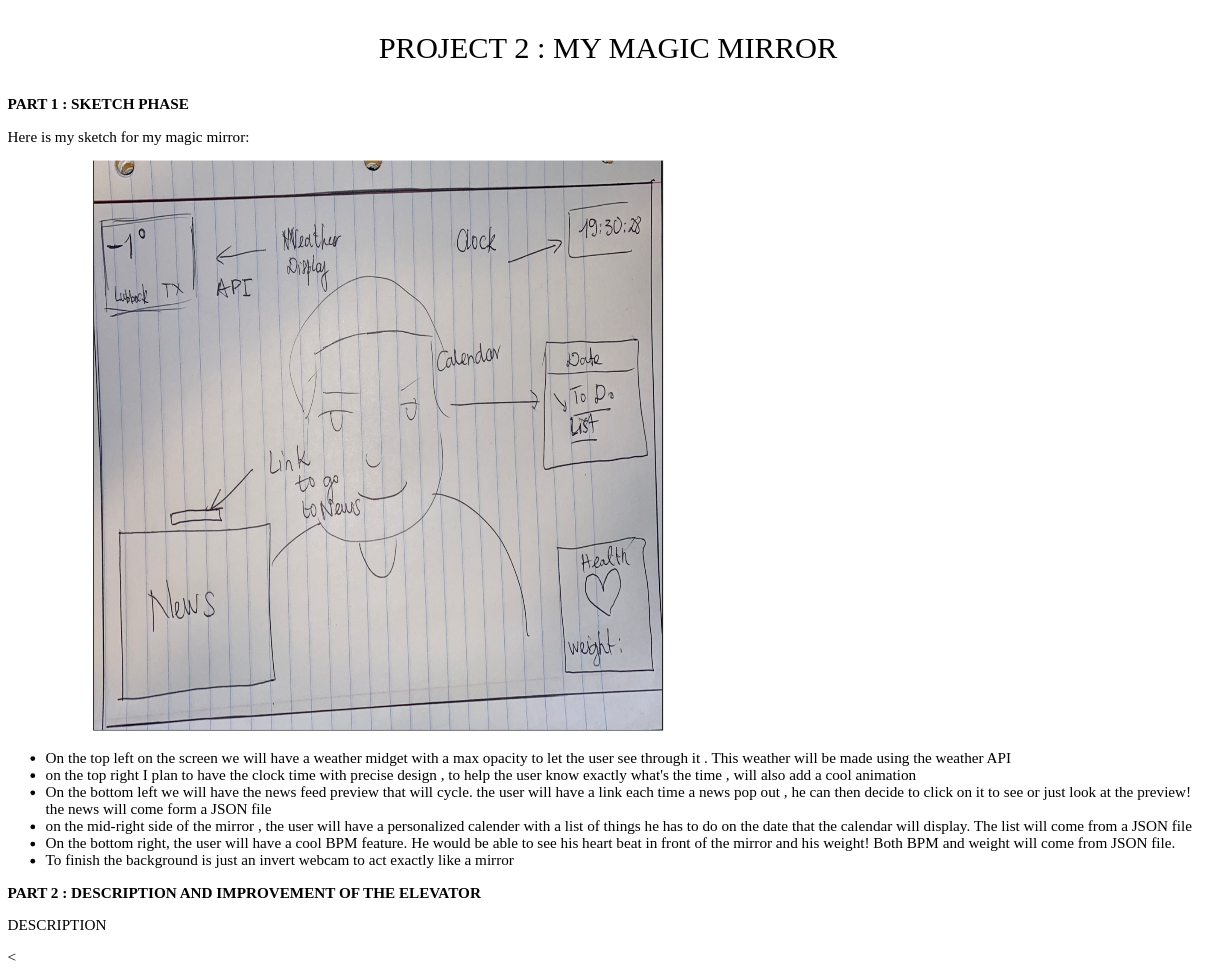
Repository: Chrisrk99/Chrisrk99.github-io
Page: index.html
The author's editor kept a copy of each file at every save. The page is drawn from the files as they stood at one save, then again after the next save.
The browser window is 1280 px wide. The pictures show the whole page, at 95% of full size.

Above is the page before, as saved 2022-11-15 20:57:32.

### index.html
<!DOCTYPE html>
<html>
<body>


  <p class="title" style="text-align: center; font-size:xx-large; "> PROJECT 2 : MY MAGIC MIRROR </p>
  <p> <b>PART 1 : SKETCH PHASE </b>  </p>


  <p>Here is my sketch for my magic mirror:</p>

  <img  style="height: 600px; width:600px; margin-left:90px" src="SKETCH.png" >

  <ul>

   <li>On the top left on the screen we will have a weather midget with a max opacity to let the user see through it . This weather will be made using the weather API</li>
   <li>on the top right I plan to have the clock time with precise design , to help the user know exactly what's the time , will also add a cool animation</li>
   <li>On the bottom left we will have the news feed  preview that will cycle. the user will have a link each time a news pop out , he can then decide to click on it to see or just look at the preview! the news will come form a JSON file</li>
   <li>on the mid-right side of the mirror , the user will have a personalized calender with a list of things he has to do on the date that the calendar will display. The list will come from a JSON file</li>
   <li>On the bottom right, the user will have a cool BPM feature. He would be able to see his heart beat in front of the mirror and his weight! Both BPM and weight will come from JSON file. </li>
   <li>To finish the background is just an invert webcam to act exactly like a mirror</li>
  </ul>

<p><b> PART 2 :  DESCRIPTION AND IMPROVEMENT OF THE ELEVATOR </b></p>
<P>DESCRIPTION</P>
<
</body>
</html>

After the next save:
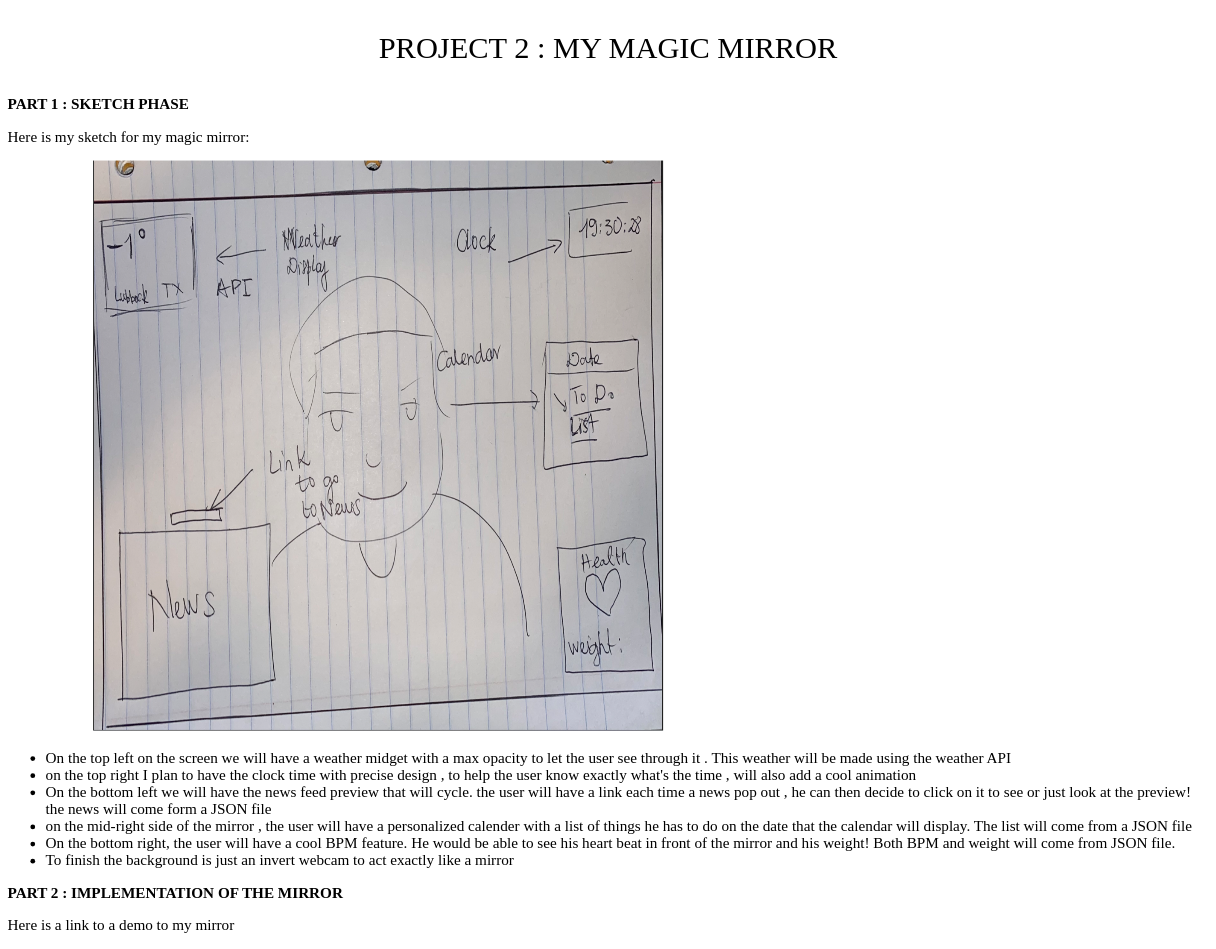
Saved 2 min 19 s later.
--- a/index.html
+++ b/index.html
@@ -19,10 +19,13 @@
    <li>on the mid-right side of the mirror , the user will have a personalized calender with a list of things he has to do on the date that the calendar will display. The list will come from a JSON file</li>
    <li>On the bottom right, the user will have a cool BPM feature. He would be able to see his heart beat in front of the mirror and his weight! Both BPM and weight will come from JSON file. </li>
    <li>To finish the background is just an invert webcam to act exactly like a mirror</li>
+
   </ul>
 
-<p><b> PART 2 :  DESCRIPTION AND IMPROVEMENT OF THE ELEVATOR </b></p>
-<P>DESCRIPTION</P>
-<
+<p><b> PART 2 : IMPLEMENTATION OF THE MIRROR </b></p>
+<P>Here is a link to a demo to my mirror</P>
+
+
+
 </body>
 </html>
